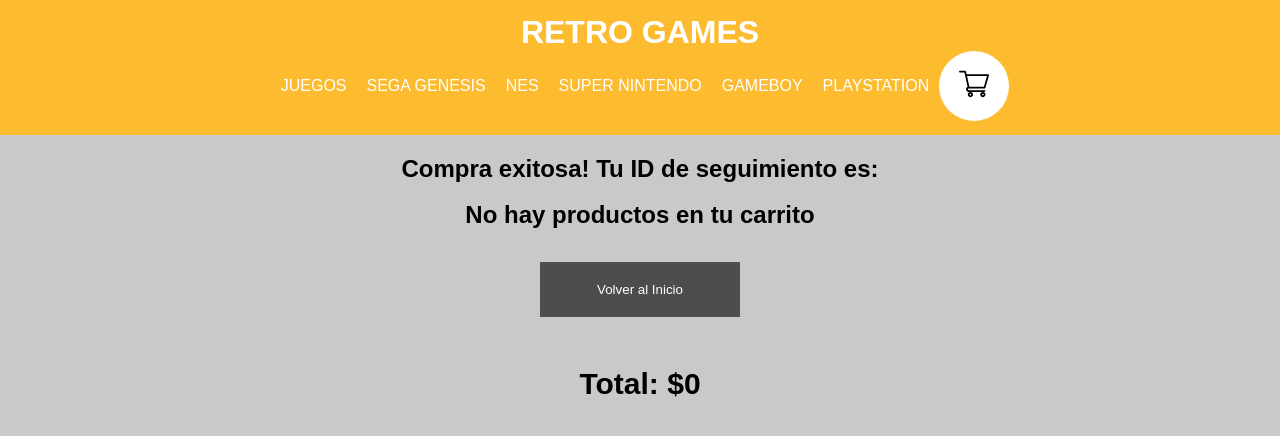
Repository: r-vudama/proyectoEC
Page: /cart
These files come from the project's save history. The page is drawn as it stood at one moment and after a run of saves; the edit follows.
The browser window is 1280 px wide. The pictures show the whole page.
The page's requests for data from a server got no answer. Some web fonts or font styles are not loaded; a fallback is used. The project was rebuilt for these pictures with package versions that can differ from the ones it lists, and the page was loaded fresh each time. No one was signed in, and anything a server would have sent is missing. Also part of the build but not shown: src/components/Item.js, src/components/ItemList.js, src/components/ItemListContainer.js, src/components/ItemCount.js, src/components/ItemDetail.js, src/components/ItemDetailContainer.js, src/components/filter/Sega.js, src/components/filter/Gameboy.js and 3 more.

Above is the page before, as saved 2021-01-23 18:11:45.

After the next 2 saves:
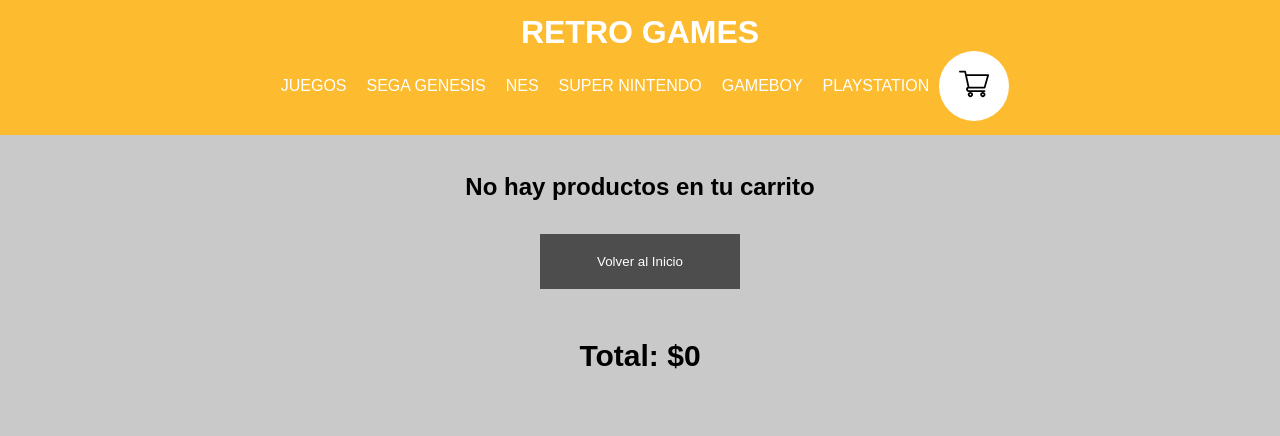
The 2 saves are shown as one change because they came seconds apart.
The last was saved 3 min 0 s later.
--- a/src/components/Cart.js
+++ b/src/components/Cart.js
@@ -15,7 +15,6 @@
 
             {carrito.length === 0 ?
                         <>
-                            <h2>Compra exitosa! Tu ID de seguimiento es: {compra}</h2>
                             <br/>
                             <h2>No hay productos en tu carrito</h2>
                             <br/>
